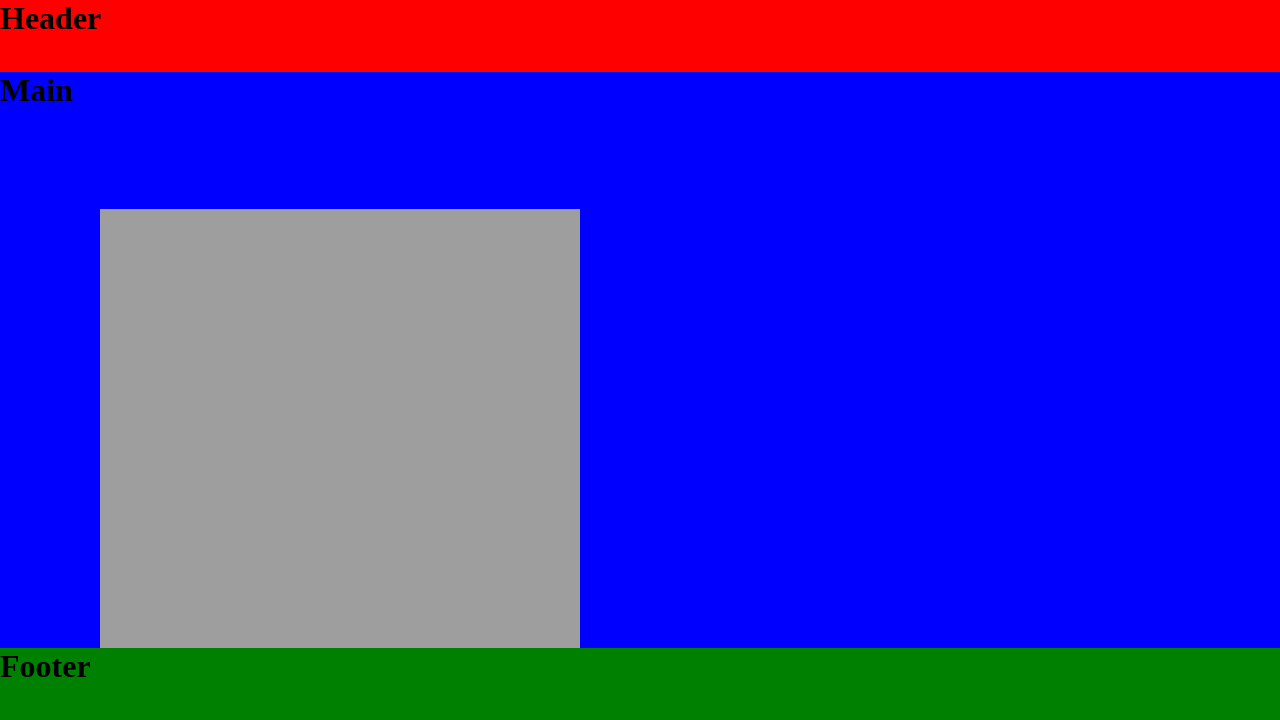
Repository: jameswilky/chess
Page: index.html
The author's editor kept a copy of each file at every save. The page is drawn from the files as they stood at one save, then again after the next save.
The browser window is 1280 px wide. The pictures show the whole page.

Above is the page before, as saved 2018-11-22 08:38:49.

### index.html
<!DOCTYPE html>
<html>

<head>
    <meta charset="utf-8" />
    <title>Chess</title>
    <link href="style.css" rel="stylesheet">
</head>

<body>

    <div class="wrapper">
        <header>
            <h1>Header</h1>

        </header>
    </div>
    <div class="main">
        <h1>Main</h1>
        <div class="game">
            <canvas id="board"></canvas>
            <canvas id="markers"></canvas>
            <canvas id="chessmen_layer"></canvas>
        </div>
    </div>
    <footer>
        <h1>Footer</h1>
    </footer>
    </div>





</body>

<script src="board.js"></script>
<script src="chessmen.js"></script>
<script src="mouse.js"></script>
<script src="game.js"></script>

</html>

### style.css
* {
  padding: 0;
  margin: 0;
}

.main{
 position: absolute;
 top: 10%;
 bottom: 10%;
 right:0;
 left:0;
 background-color: blue;
}

.game{
  position: absolute;
  height: 480px;
  width: 480px;
  margin: 100px;
}

#board {
  left : 0; z-index:0; position: absolute;
}

#markers {
  left : 0; z-index:0; position: absolute;
}

#chessmen_layer {
 left : 0; z-index:1; position: absolute;
}

header{
  position: absolute;
  background-color: red;
  top:0;
  right: 0;
  left: 0;
  height: 10%;
}

footer{
  position: absolute;
  z-index: 3;
  right: 0;
  left: 0;
  background-color: green;
  height: 10%;
  bottom: 0;
}

### board.js
//Define globals
const WIDTH = 480;
const HEIGHT = 480;
const N = 8;
const TILE_SIZE = HEIGHT / N; // 60

//Define board canvas
const board = document.getElementById("board");
const board_ctx = board.getContext("2d");
board.height = HEIGHT;
board.width = WIDTH;
let primary_color = "#a87e2b";
let secondary_color = "#ffdf9e";

//Define marker layer
const markers = document.getElementById("markers");
const markers_ctx = markers.getContext("2d");
markers.height = HEIGHT;
markers.width = WIDTH;

//Define chessmen layer
const chessmen_layer = document.getElementById("chessmen_layer");
const chessmen_ctx = chessmen_layer.getContext("2d");
chessmen_layer.height = HEIGHT;
chessmen_layer.width = WIDTH;

//Used for drawing
function drawRect(ctx, x, y, color) {
  ctx.beginPath();
  ctx.rect(x, y, TILE_SIZE, TILE_SIZE);
  ctx.fillStyle = color;
  ctx.fill();
  ctx.closePath();
}

function initialize_board() {
  // Initialize graphical and logical board
  let i, j, x, y = 0;
  let prev_color;
  for (i = 0; i < N; i++) {
    y = TILE_SIZE * i;
    if (i % 2 == 0) { //If even, start with a black grid
      prev_color = secondary_color;
    }
    else { //If odd, start with a #ffcf7c grid
      prev_color = primary_color;
    }
    for (j = 0; j < N; j++) {
      x = TILE_SIZE * j;

      if (prev_color == primary_color) { //If last block black, make this block #ffcf7c
        prev_color = secondary_color;
      }
      else if (prev_color == secondary_color) { //If last block #ffcf7c, make this block black
        prev_color = primary_color;
      }
      drawRect(board_ctx, x, y, prev_color);

    }
  }
}

### chessmen.js
let chessmen = []; // Hold living chest piece objects

// Populate list of current chess pieces
function init_chessmen(items) {
  for (let id = 0; id < items.length; id++) {
    chessmen[id] = new Chessman(id, items[id].type, items[id].row, items[id].col, items[id].faction);
    chessmen[id].render(chessmen_ctx);
  }
}

//Chest piece constructor
function Chessman(id, type, row, col, faction) {
  this.name = type + "_" + faction + "_" + id;
  this.id = id;
  this.type = type;
  this.position = {
    logical: { col: col, row: row },
    graphical: { //calculate position of chest piece
      x: (col * TILE_SIZE), y: (row * TILE_SIZE)
    }
  }
  this.faction = faction;
  this.sprite = "/images/" + type + "_" + faction + ".png";
  this.options = []; // holds objects containing possible locations to move
  this.render = function () {
    //Draws the chest piece
    let img = new Image();
    let x = this.position.graphical.x;
    let y = this.position.graphical.y;
    console.log(x, y)

    img.onload = function () {
      //Loads when img.src is called
      chessmen_ctx.beginPath();
      chessmen_ctx.drawImage(img, x, y);
      chessmen_ctx.closePath();
    }
    img.src = this.sprite;
  }
  this.derender = function () {
    chessmen_ctx.beginPath();
    chessmen_ctx.clearRect(this.position.graphical.x, this.position.graphical.y, TILE_SIZE, TILE_SIZE);
    chessmen_ctx.closePath();
  }
  this.calculate_movement_options = function () {
    //This function is used to determine the coordinates of each possible move for a selected tile
    this.options = []; //clear last options
    let j = 0;
    let i = 0; //used to iterate through list of options
    //console.log(type, faction, row, col)
    let r = this.position.logical.row;
    let c = this.position.logical.col;

    let options = this.options;

    function check_tile(row, col, diag, isPawn) {
      //diag is an optional variable for pawn sideways movement logic
      diag = diag || false;
      isPawn = isPawn || false;

      //Checks the status of the board to see if the chessman can move to selected tile

      let option = {}; //edited, used to hold {faction:faction}
      //Check tile does not exceed bounds of the board
      if (row > 7 || row < 0 || col > 7 || col < 0) {
        return false;
      }

      //Check if target tile contains a chessman of same faction
      let isFriendly = false;
      let isEnemy = false;

      chessmen.forEach(chessman => {
        if (chessman.position.logical.row == row && chessman.position.logical.col == col) { //Check if position is occupied
          if (chessman.faction == faction) {
            isFriendly = true;
          }
          else { //tile is occupied by enemy
            isEnemy = true;
          }
          option.contains = chessman;
        }
      })

      //pawn logic
      if (diag && isEnemy) {
        option.row = row;
        option.col = col;
        options[i] = option;
        i++;
      }
      if (diag && !isEnemy) {
        return
      }

      //if tile does not contain friendly chessmen, or if its an enemy create new option
      if (!isFriendly || isEnemy) {
        option.row = row;
        option.col = col;
        options[i] = option;
        i++;
      }
      return isFriendly || isEnemy;

    }

    if (this.type == "pawn") {
      if (this.faction == "black") {
        check_tile(r + 1, c);//south
        check_tile(r + 1, c + 1, true) // south East
        check_tile(r + 1, c - 1, true) //south West
        if (this.nMoves == 0) {
          check_tile(r + 2, c); //Extra move on first turn
        }
      }
      if (this.faction == "white") {
        check_tile(r - 1, c); //north
        check_tile(r - 1, c + 1, true) // North East
        check_tile(r - 1, c - 1, true) //North West
        if (this.nMoves == 0) {
          check_tile(r - 2, c); //Extra move on first turn
        }
      }
    }
    if (this.type == "rook") {
      for (j = 0; j < N; j++) {// South
        if (check_tile(r + j + 1, c) == true) break
      }
      for (j = 0; j < N; j++) {// East
        if (check_tile(r, c + j + 1) == true) break
      }
      for (j = 0; j < N; j++) {// North
        if (check_tile(r - j - 1, c) == true) break
      }
      for (j = 0; j < N; j++) {// West
        if (check_tile(r, c - j - 1) == true) break
      }
    }
    if (this.type == "bishop") {
      for (j = 0; j < N; j++) { // South East
        if (check_tile(r + 1 + j, c + 1 + j) == true) break
      }
      for (j = 0; j < N; j++) { // South West
        if (check_tile(r + 1 + j, c - 1 - j) == true) break
      }
      for (j = 0; j < N; j++) { // North East
        if (check_tile(r - 1 - j, c + 1 + j) == true) break
      }
      for (j = 0; j < N; j++) { // North west
        if (check_tile(r - 1 - j, c - 1 - j) == true) break
      }
    }
    if (this.type == "queen") {
      for (j = 0; j < N; j++) { // South East
        if (check_tile(r + 1 + j, c + 1 + j) == true) break
      }
      for (j = 0; j < N; j++) { // South West
        if (check_tile(r + 1 + j, c - 1 - j) == true) break
      }
      for (j = 0; j < N; j++) { // North East
        if (check_tile(r - 1 - j, c + 1 + j) == true) break
      }
      for (j = 0; j < N; j++) { // North west
        if (check_tile(r - 1 - j, c - 1 - j) == true) break
      }
      for (j = 0; j < N; j++) {// South
        if (check_tile(r + j + 1, c) == true) break
      }
      for (j = 0; j < N; j++) {// East
        if (check_tile(r, c + j + 1) == true) break
      }
      for (j = 0; j < N; j++) {// North
        if (check_tile(r - j - 1, c) == true) break
      }
      for (j = 0; j < N; j++) {// West
        if (check_tile(r, c - j - 1) == true) break
      }
    }
    if (this.type == "king") {
      check_tile(r + 1, c + 1) //South East
      check_tile(r + 1, c - 1) //South West
      check_tile(r - 1, c + 1) // North East
      check_tile(r - 1, c - 1) //North West
      check_tile(r + 1, c) //south
      check_tile(r, c + 1) //east
      check_tile(r - 1, c) //north
      check_tile(r, c - 1) //west

    }
    if (this.type == "knight") {
      // Check each tile in clockwise order
      check_tile(r - 2, c + 1)
      check_tile(r - 1, c + 2)
      check_tile(r + 1, c + 2)
      check_tile(r + 2, c + 1)
      check_tile(r + 2, c - 1)
      check_tile(r + 1, c - 2)
      check_tile(r - 1, c - 2)
      check_tile(r - 2, c - 1)
    }

    //return array of options containing locations to highlight

  }
  this.show_movement_options = function () {
    this.options.forEach(option => {
      //Represent each available movement option with a highlighted tile
      drawRect(markers_ctx, (option.col * TILE_SIZE), (option.row * TILE_SIZE), "#635e55");
    })
  }
  this.hover = false;
  this.isKing = false;
  if (this.type == "king") {
    this.isKing = true;
  }

  this.nMoves = 0;
  this.points;
  if (this.type == "king") {
    this.points = 10;
  }
  if (this.type == "queen") {
    this.points = 9;
  }
  if (this.type == "bishop") {
    this.points = 3;
  }
  if (this.type == "knight") {
    this.points = 3;
  }
  if (this.type == "rook") {
    this.points = 5;
  }
  if (this.type == "pawn") {
    this.points = 1;
  }

  //Update graphical and logical position
  this.moveTo = function (col, row) {


    function moveIsValid(r1, r2, c1, c2, options) {
      let valid = false;

      if ((r1 == r2) && (c1 == c2)) {
        // if logical position is the same, no move was made
        valid = false;
      }
      options.forEach(option => {
        if (option.row == r2 && option.col == c2) {
          //todo check faction
          valid = true;
        }
      })
      return valid
    }

    if (moveIsValid(this.position.logical.row, row, this.position.logical.col, col, this.options)) {
      //If valid, Check if enemy chessman has been killed
      //check if desination contains an enemy
      let target = chessmen.find(chessman => {
        return (chessman.position.logical.row == row && chessman.position.logical.col == col)
      })

      // then render at new position and update logical position
      //console.log("Changed position of", chessman, "from row:", chessman.position.logical.row, " col:", chessman.position.logical.col, " to row:", row, "col:", col)

      this.derender(); //De render previous position
      this.position.logical.col = col;
      this.position.logical.row = row;
      this.position.graphical.x = this.position.logical.col * TILE_SIZE;
      this.position.graphical.y = this.position.logical.row * TILE_SIZE;
      this.derender(); //remove any chess pieces
      this.render();

      //If destination contains emeny, remove it from list of active chessmen
      if (target) {
        chessmen.splice(chessmen.indexOf(target), 1);
      }

      this.nMoves++; //used to testing if pawn is moved
      // // trigger movement event
      let event = new CustomEvent('moved');
      document.dispatchEvent(event);
    }
    else {
      //re-render original position
      this.render();
    }
  }
}

// Update location of chest pieces
function render_markers() {
  //Clear all markers
  markers_ctx.clearRect(0, 0, HEIGHT, WIDTH);

  //find chessman that matches mouse location and show movement markers
  chessmen.forEach(chessman => {
    if (chessman.hover == true) {
      chessman.show_movement_options();
    }
  });


}

### mouse.js
let dragging = false;
let selector = document.createElement("img");
;

selector.ondragstart = function () {
  return false;
};

//Compare two row/col coordinates
function coordsMatch(coord, piece) {
  let xmin = piece.x;
  let xmax = piece.x + TILE_SIZE;

  let ymin = piece.y;
  let ymax = piece.y + TILE_SIZE;

  if (
    (coord.x >= xmin) &&
    (coord.x < xmax) &&
    (coord.y >= ymin) &&
    (coord.y < ymax)
  ) {
    return true
  }
}

//Listen for when we hover over a chest piece, then draw the movement options
chessmen_layer.addEventListener('mousemove', (e) => {
  if (dragging == false) {
    let pos = {
      x: e.clientX,
      y: e.clientY
    };
    //Check all chessmen and check if clicked location matches a chessman location
    chessmen.forEach(chessman => {
      if (coordsMatch(pos, chessman.position.graphical)) {
        //If true, select that chessman
        chessman.hover = true;
      }
      else {
        //Otherwise, that chessman was not selected
        chessman.hover = false;
      }
    })
    render_markers();
  }
})

//Click and drag chessmen
chessmen_layer.addEventListener('mousedown', (e) => {

  dragging = true; //stop markers rendering while dragging pieces
  let pos = {
    x: e.clientX,
    y: e.clientY
  }
  //Check all chessmen and check if clicked location matches a chessman location
  chessmen.forEach(chessman => {
    if (coordsMatch(pos, chessman.position.graphical)) {
      if (chessman.faction == "black") {
        dragging = false;
        return
      }
      //If true, derender chessman from chessman_layer, and redraw on selector layer
      chessman.derender();

      //draw selector
      selector.style.position = 'absolute';
      selector.src = chessman.sprite;
      selector.id = 'selector';
      document.body.append(selector);

      //center selector at mouse locaiton
      moveAt(pos.x, pos.y);

      function moveAt(x, y) {
        selector.style.left = x - TILE_SIZE / 2 + 'px';
        selector.style.top = y - TILE_SIZE / 2 + 'px';
      }

      function onMouseMove(moveEvent) {
        moveAt(moveEvent.clientX, moveEvent.clientY);
      }

      // selector will follow mouse on movement
      document.addEventListener('mousemove', onMouseMove);


      // drop the selector, remove unneeded handlers
      chessmen_layer.onmouseup = function (upevent) {
        document.removeEventListener('mousemove', onMouseMove);

        //clear selector
        selector.src = ""
        // console.log("before", document.getElementById('selector'))
        // document.body.removeChild(document.getElementById('selector'))
        // console.log("after", document.getElementById('selector'))

        //convert mouse pos to a row/col logical value
        let dest = {
          x: Math.trunc(upevent.clientX / TILE_SIZE),
          y: Math.trunc(upevent.clientY / TILE_SIZE)
        }

        //console.log("Event 1")
        dragging = false; // allow marker rendering to continue
        chessmen_layer.onmouseup = null;
        //Update chessman logical location and snap to grid
        chessman.moveTo(dest.x, dest.y)
      };
    }
  })
})

### game.js
//Initialize default locations
let default_locations = [
  { tile: 0, type: "rook", row: 0, col: 0, faction: "black" },
  { tile: 1, type: "knight", row: 0, col: 1, faction: "black" },
  { tile: 2, type: "bishop", row: 0, col: 2, faction: "black" },
  { tile: 3, type: "king", row: 0, col: 3, faction: "black" },
  { tile: 4, type: "queen", row: 0, col: 4, faction: "black" },
  { tile: 5, type: "bishop", row: 0, col: 5, faction: "black" },
  { tile: 6, type: "knight", row: 0, col: 6, faction: "black" },
  { tile: 7, type: "rook", row: 0, col: 7, faction: "black" },
  { tile: 8, type: "pawn", row: 1, col: 0, faction: "black" },
  { tile: 9, type: "pawn", row: 1, col: 1, faction: "black" },
  { tile: 10, type: "pawn", row: 1, col: 2, faction: "black" },
  { tile: 11, type: "pawn", row: 1, col: 3, faction: "black" },
  { tile: 12, type: "pawn", row: 1, col: 4, faction: "black" },
  { tile: 13, type: "pawn", row: 1, col: 5, faction: "black" },
  { tile: 14, type: "pawn", row: 1, col: 6, faction: "black" },
  { tile: 15, type: "pawn", row: 1, col: 7, faction: "black" },

  { tile: 48, type: "pawn", row: 6, col: 0, faction: "white" },
  { tile: 49, type: "pawn", row: 6, col: 1, faction: "white" },
  { tile: 50, type: "pawn", row: 6, col: 2, faction: "white" },
  { tile: 51, type: "pawn", row: 6, col: 3, faction: "white" },
  { tile: 52, type: "pawn", row: 6, col: 4, faction: "white" },
  { tile: 53, type: "pawn", row: 6, col: 5, faction: "white" },
  { tile: 54, type: "pawn", row: 6, col: 6, faction: "white" },
  { tile: 55, type: "pawn", row: 6, col: 7, faction: "white" },
  { tile: 56, type: "rook", row: 7, col: 0, faction: "white" },
  { tile: 57, type: "knight", row: 7, col: 1, faction: "white" },
  { tile: 58, type: "bishop", row: 7, col: 2, faction: "white" },
  { tile: 59, type: "king", row: 7, col: 3, faction: "white" },
  { tile: 60, type: "queen", row: 7, col: 4, faction: "white" },
  { tile: 61, type: "bishop", row: 7, col: 5, faction: "white" },
  { tile: 62, type: "knight", row: 7, col: 6, faction: "white" },
  { tile: 63, type: "rook", row: 7, col: 7, faction: "white" },

]

let turn = 0;
let IsWhiteTurn = false;
let IsBlackTurn = false;
let game = true;
let AIOptions = [];


function set_turn() {
  if (turn % 2 == 0) {
    IsWhiteTurn = true;
    IsBlackTurn = false;
    //console.log("White players turn")
  }
  else {
    IsBlackTurn = true;
    IsWhiteTurn = false;
    //console.log("Black players turn")
  }
  turn += 1;
}

function determineAIOptions() {
  let AIOptions = [];
  let i = 0;
  chessmen.forEach(chessman => {
    if (chessman.faction == 'black') {
      chessman.options.forEach(option => {
        let AIOption = {}; //dereference object
        AIOption.row = option.row;
        AIOption.col = option.col;
        if (option.contains) {
          AIOption.points = option.contains.points;
        }
        AIOption.chessman = chessman;
        AIOptions[i] = AIOption;
        i++;
      })
    }
  })
  return AIOptions;

}

function AIMove(options) {
  let max = 0;
  let choice = {};
  options.forEach(option => {
    if (option.points) {
      if (option.points > max) {
        max = option.points;
        choice = option;
      }
    }
  })
  if (max == 0) {
    choice = options[Math.floor(Math.random() * options.length)];  //Return a random choice
  }
  choice.chessman.moveTo(choice.col, choice.row)
  //calculate AI
}


//Set up board
initialize_board();
init_chessmen(default_locations);
chessmen.forEach(chessman => {
  chessman.calculate_movement_options();
})
set_turn();
function checkKing() {
  let kings = chessmen.filter(chessman => chessman.isKing == true)
  if (kings.length == 1) {
    alert(kings[0].faction + " Wins!!!")
  }
}

// Listen for movement
document.addEventListener('moved', function (event) {
  //check if king died last turn;
  checkKing();
  set_turn();
  //Calculate new movement positiifons
  chessmen.forEach(chessman => {
    chessman.calculate_movement_options();
  })

  if (IsBlackTurn) {
    //Run black turn AI
    chessmen.forEach(chessman => {
      chessman.calculate_movement_options(); //assign new options
    })
    AIOptions = determineAIOptions();
    AIMove(AIOptions);
  }
}, false);

After the next save:
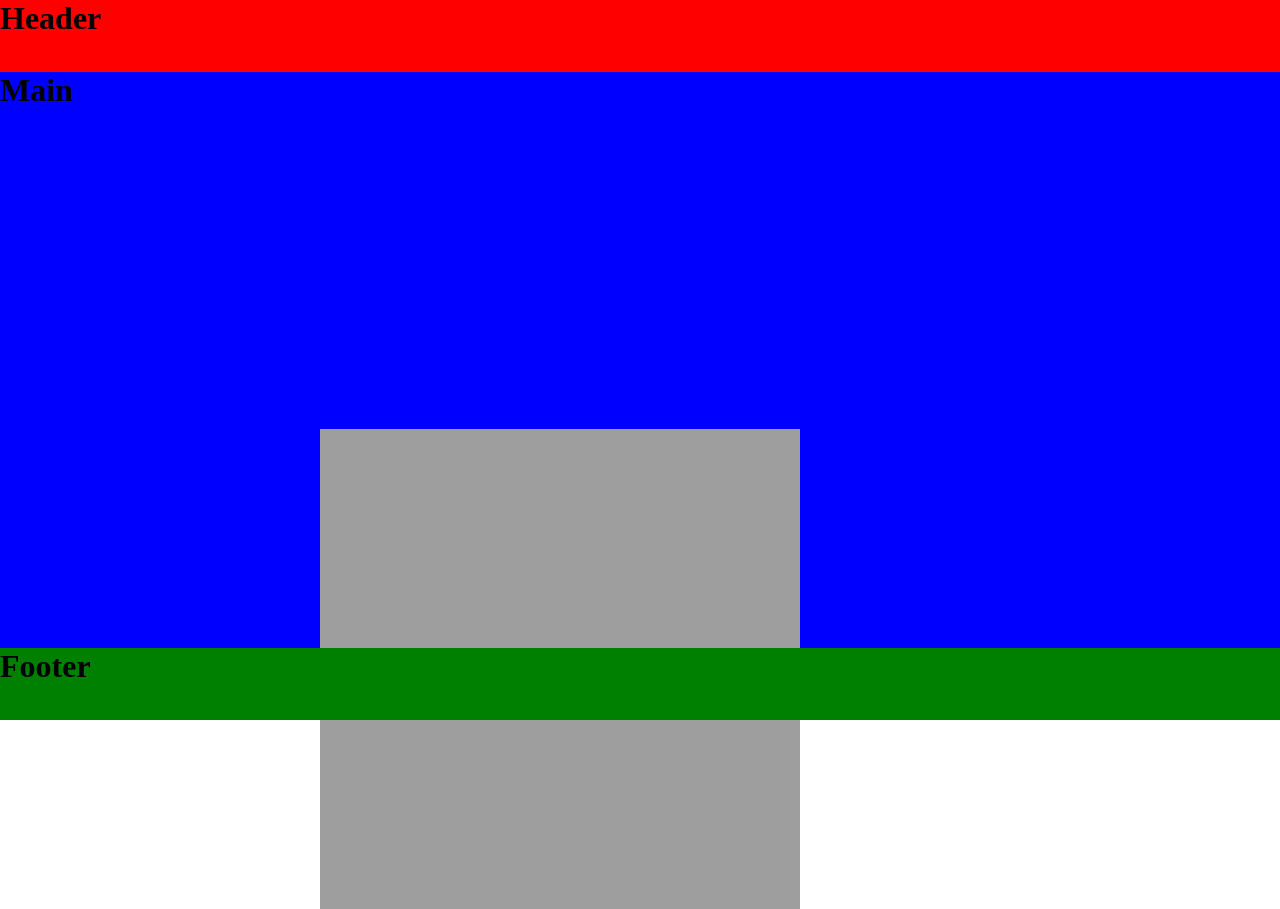
Saved 7 s later.
--- a/style.css
+++ b/style.css
@@ -16,7 +16,7 @@
   position: absolute;
   height: 480px;
   width: 480px;
-  margin: 100px;
+  margin: 25%;;
 }
 
 #board {
